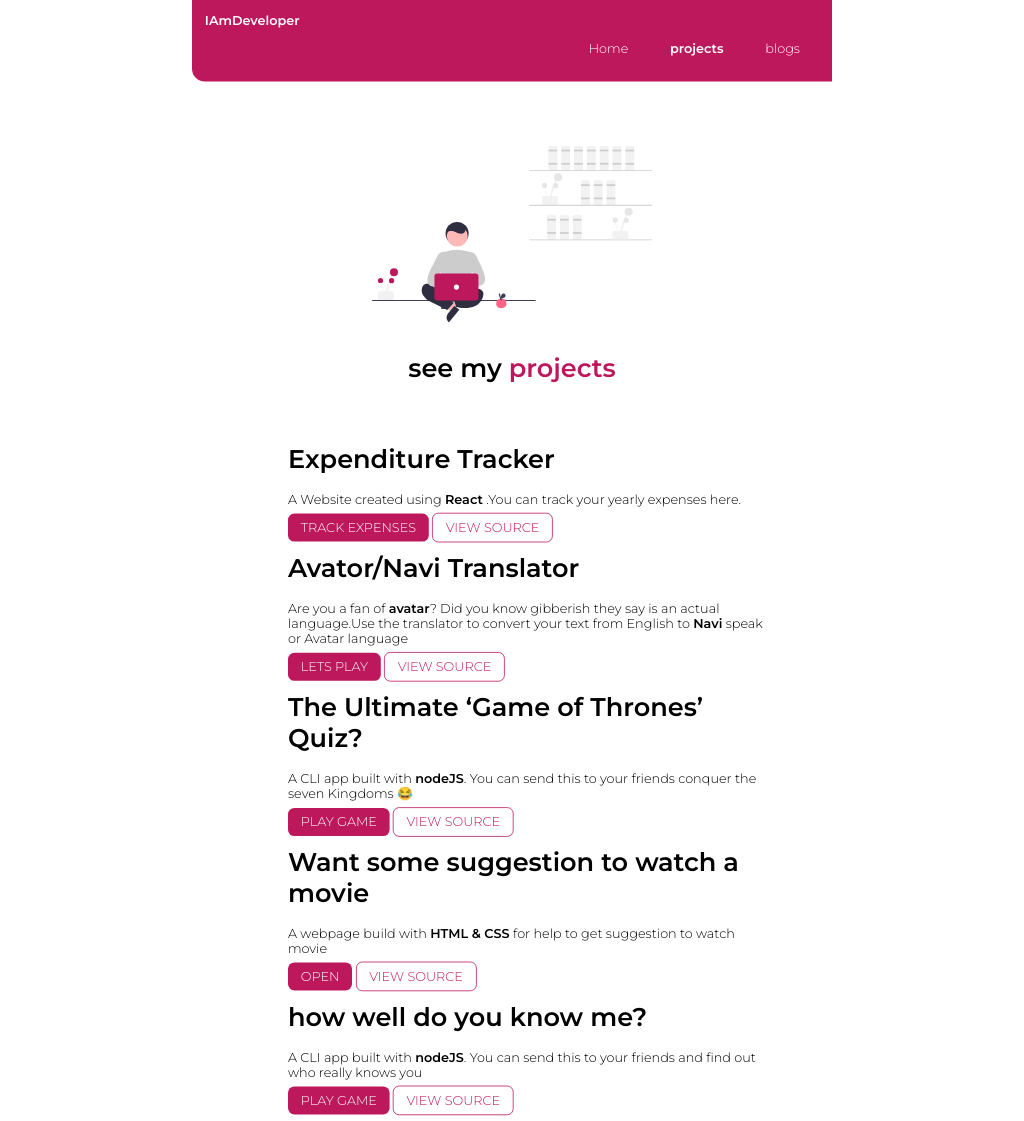
Repository: sohan2503001/Portfolio
Page: projects.html
The author's editor kept a copy of each file at every save. The page is drawn from the files as they stood at one save, then again after the next save.
The browser window is 1280 px wide. The pictures show the whole page, at 80% of full size.

Above is the page before, as saved 2021-04-22 01:16:01.

### projects.html
<!DOCTYPE html>
<html lang="en">

<head>
  <meta charset="UTF-8" />
  <meta name="viewport" content="width=device-width, initial-scale=1.0" />
  <title>Projects | Sohan</title>
  <link rel="stylesheet" href="style.css" />
  <link rel="icon" href="images/favicon.svg" sizes="any" type="image/svg+xml">
</head>

<body>
  <nav class="navigation container">
    <div class="nav-brand">IAmDeveloper</div>
    <ul class="list-non-bullet nav-pills">
      <li class="list-item-inline">
        <a class="link" href="/">Home</a>
      </li>
      <li class="list-item-inline">
        <a class="link link-active" href="projects.html">projects</a>
      </li>
      <li class="list-item-inline">
        <a class="link" href="blogs.html">blogs</a>
      </li>
    </ul>
  </nav>

  <header class="hero">
    <img class="hero-img" src="images/hero.svg" alt="" />
    <h1 class="hero-heading">
      see my<span class="heading-inverted"> projects</span>
    </h1>
  </header>


  <ol class="list list-non-bullet">


    <div class="container container-center">
      <li>
        <h1>Expenditure Tracker</h1>
        <p>
          A Website created using <strong>React</strong> .You can track your yearly expenses here.
        </p>

        <a class="link link-primary" href="https://expenditure-tracker.netlify.app/"
          target="_blank">TRACK EXPENSES</a>
        <a class="link link-secondary" href="https://github.com/sohan2503001/Expenditure-Tracker" target="_blank">VIEW
          SOURCE</a>
      </li>
    </div>


    <div class="container container-center">
      <li>
        <h1>Avator/Navi Translator </h1>
        <p>
          Are you a fan of <strong>avatar</strong>? Did you know gibberish they say is an actual
          language.Use the translator to convert your text from English to <strong>Navi</strong>
          speak or Avatar language
        </p>

        <a class="link link-primary" href="https://avator-speak.netlify.app/"
          target="_blank">LETS PLAY</a>
        <a class="link link-secondary" href="https://github.com/sohan2503001/Avator-speak" target="_blank">VIEW
          SOURCE</a>
      </li>
    </div>


    <div class="container container-center">
      <li>
        <h1>The Ultimate ‘Game of Thrones’ Quiz?</h1>
        <p>
          A CLI app built with <strong>nodeJS</strong>. You can send this to
          your friends conquer the seven Kingdoms 😂
        </p>

        <a class="link link-primary" href="https://replit.com/@Sohan250301/GameofThronesQuiz?embed=1&output=1#index.js"
          target="_blank">PLAY GAME</a>
        <a class="link link-secondary" href="https://github.com/sohan2503001/GOTQuiz" target="_blank">VIEW SOURCE</a>
      </li>
    </div>


    <div class="container container-center">
      <li>
        <h1>Want some suggestion to watch a movie</h1>
        <p>
          A webpage build with <strong>HTML & CSS </strong> for help to get suggestion to watch movie
        </p>

        <a class="link link-primary" href="https://moviesreview.netlify.app/" target="_blank">OPEN</a>
        <a class="link link-secondary" href="https://github.com/sohan2503001/MovieSuggestion" target="_blank">VIEW
          SOURCE</a>
      </li>
    </div>


    <div class="container container-center">
      <li>
        <h1>how well do you know me?</h1>
        <p>
          A CLI app built with <strong>nodeJS</strong>. You can send this to
          your friends and find out who really knows you
        </p>

        <a class="link link-primary" href="https://replit.com/@Sohan250301/How-much-you-know-me?embed=1&output=1"
          target="_blank">PLAY GAME</a>
        <a class="link link-secondary" href="https://github.com/sohan2503001/Quiz1" target="_blank">VIEW SOURCE</a>
      </li>
    </div>


  </ol>
  <script src="code.js"></script>
</body>

</html>

### style.css
@import url('https://fonts.googleapis.com/css2?family=Montserrat:wght@300;600&display=swap');

:root{
    --primary-color: #BE185D;
    --dark-gray: #4B5563;
    --off-white: #D1D5DB;
}

body {
    font-family: 'Montserrat', sans-serif;
    margin: auto;
    max-width: 800px;
    width: 100%;
}

hr{
    margin: 2rem 0rem;
}

/** container **/
.container{
    padding: 0rem 1rem;
}

.container-center{
    max-width: 600px;
    margin: auto;
}

/** links **/
.link{
    text-decoration: none;
    padding: 0.5rem 1rem;
    /*margin: 1rem 0rem 1rem 0rem;*/
}

.link-primary{
    background-color: var(--primary-color);
    border-radius: 0.5rem;
    color:white;
}

.link-secondary{
    color: var(--primary-color);
    border-radius: 0.5rem;
    border: 1px solid var(--primary-color);
}

/** lists **/

.list-non-bullet{
    list-style: none;
}

.list-item-inline{
    display: inline;
    padding: 0rem 0.5rem;
}

/** navigation **/

.navigation{
    background-color: var(--primary-color);
    color: white;
    padding: 1rem;
    border-bottom-left-radius: 1rem;
}

.navigation .nav-brand{
    font-weight: bold;
}

.navigation .nav-pills{
    text-align: right;
}

.navigation .link{
    color: white;
}

.navigation .link-active{
    font-weight: bold;
}

/**header **/

.hero{
    padding: 2rem;
    padding-top: 5rem;
}

.hero .hero-img{
    max-width: 350px;
    display: block;
    margin: auto;
}

.hero .hero-heading{
    padding-top: 1rem;
    color: var(--dark-red);
    text-align: center;
}

.hero .hero-heading .heading-inverted{
    color: var(--primary-color)
}

/** section **/
.section{
    padding: 2rem;
}

.section h1{
    text-align: center;
}

.ow {
    background-color: var(--off-white);
}

/**footer **/

.footer{
    background-color: var(--primary-color);
    padding: 2rem 1rem;
    text-align: center;
    color: white;
    border-top-right-radius: 1rem;
    position: relative;
}

.footer .link{
    color: white;
}

.footer .footer-header{
    font-weight: bold;
    font-size: large;
}

.footer ul{
    padding-inline-start: 0px;
}

/**DarkMode**/
.dark-mode {
    background-color: black;
    color: white;
}

.button-dark{
    padding: 5px;
    background-color: black;
    color: white;
    position: relative;
}

### code.js
function myFunction() {
    var element = document.body;
    element.classList.toggle("dark-mode");
}

After the next save:
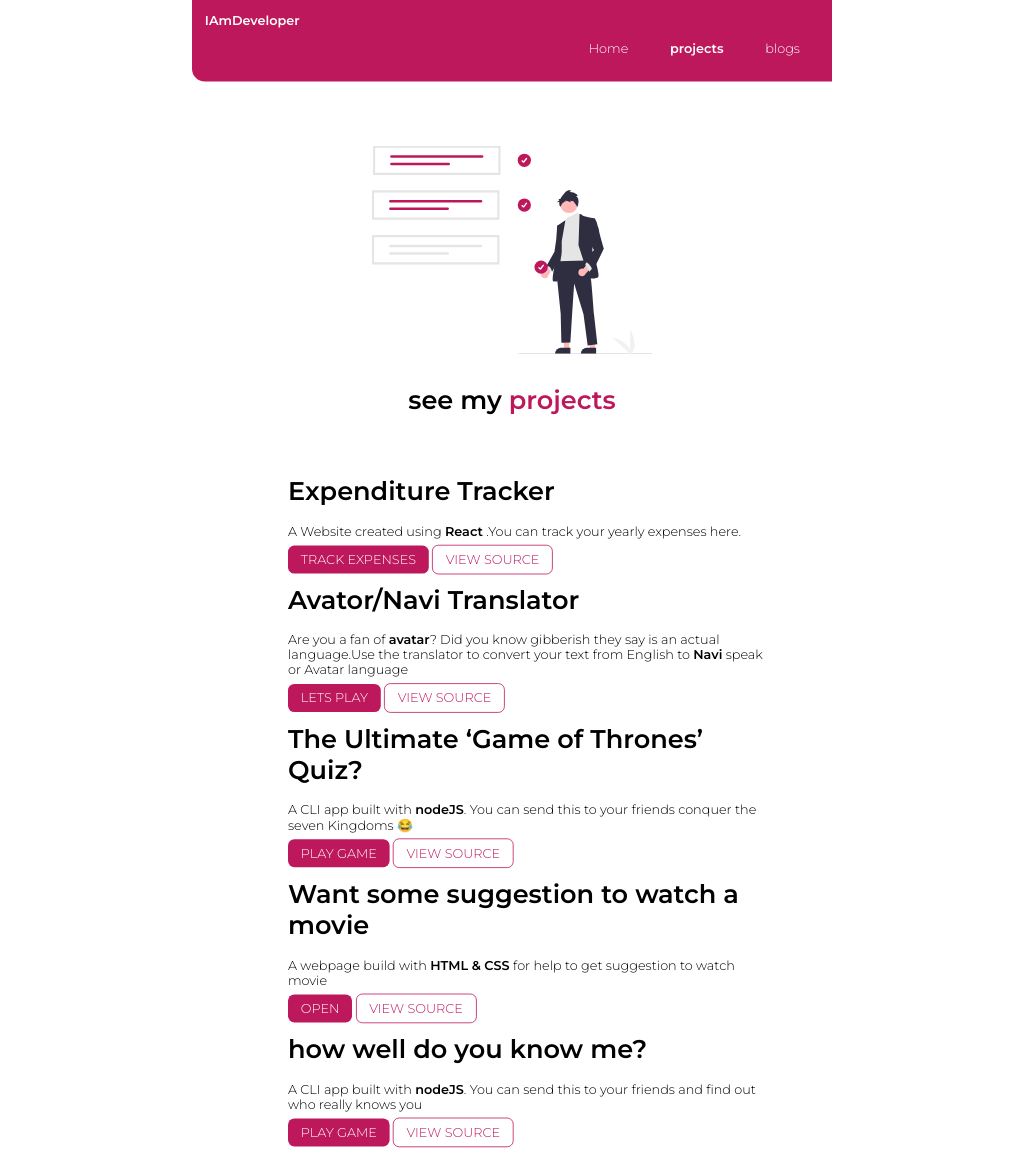
Saved 71 s later.
--- a/projects.html
+++ b/projects.html
@@ -26,7 +26,7 @@
   </nav>
 
   <header class="hero">
-    <img class="hero-img" src="images/hero.svg" alt="" />
+    <img class="hero-img" src="images/pro.svg" alt="" />
     <h1 class="hero-heading">
       see my<span class="heading-inverted"> projects</span>
     </h1>
